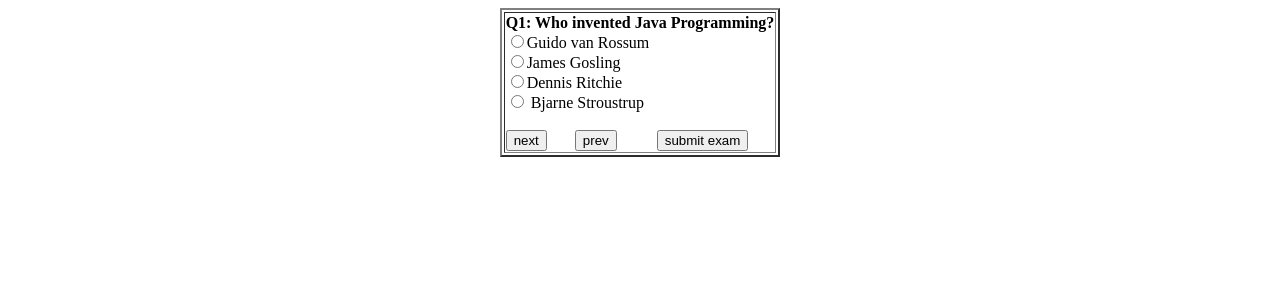
Repository: ravikumar0303/Advance-Java
Page: Assignment/OnlineExam/question.html
An editor plug-in stored every save of this project. The page is shown before and after the next save, followed by the edit.
The browser window is 1280 px wide. The pictures show the whole page.

Above is the page before, as saved 2023-06-23 11:55:14.

### Assignment/OnlineExam/question.html
<!DOCTYPE html>
<html>
<head>
<meta charset="ISO-8859-1">
<title>online exam</title>
</head>
<center>

<body><td>
<div style="border:2px">
<table border="2px"><tr><td>
<form>
   <b>Q1: Who invented Java Programming?</b><br>

   <input type="radio" value="op1" name="op1">Guido van Rossum</input>
   <br>
   <input type="radio" value="op1" name="op1">James Gosling</input>
   <br>
   <input type="radio" value="op" name="op1">Dennis Ritchie</input>
   <br>
   <input type="radio" value="op1" name="op1"> Bjarne Stroustrup</input>
   <br></br>
   <button type="submit">next</button>&nbsp &nbsp&nbsp &nbsp
   <button type="submit">prev</button>&nbsp &nbsp&nbsp &nbsp&nbsp &nbsp
   <button type="submit">submit exam</button>
</form>
</td>
</tr>
</table>

</div>
</body>
</center>
</html>

After the next save:
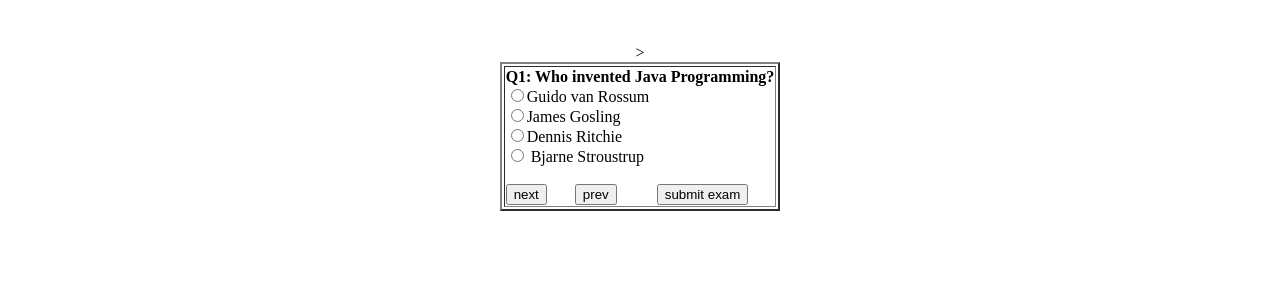
Saved 26 s later.
--- a/Assignment/OnlineExam/question.html
+++ b/Assignment/OnlineExam/question.html
@@ -7,6 +7,7 @@
 <center>
 
 <body><td>
+<br></br>>
 <div style="border:2px">
 <table border="2px"><tr><td>
 <form>
